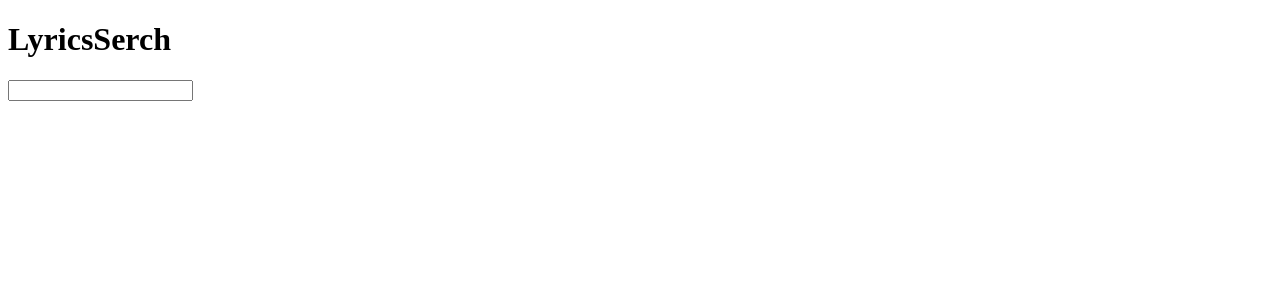
Repository: Pancerzaba/LyricsSearchApp
Page: index.html
These files come from the project's save history. The page is drawn as it stood at one moment and after a run of saves; the edit follows.
The browser window is 1280 px wide. The pictures show the whole page.

Above is the page before, as saved 2020-09-12 14:49:02.

### index.html
<!DOCTYPE html>
<html lang="en">
<head>
    <meta charset="UTF-8">
    <meta name="viewport" content="width=device-width, initial-scale=1.0">
    <title>Lyrics Search</title>
</head>
<body>
    <heder>
        <h1>LyricsSerch</h1>

        <form  id="form">
            <input type="search" name="" id="">
        </form>
    </heder>
    <script src="script.js"></script>
</body>
</html>

Loaded but not shown: script.js (no stored copy; drawn as an empty file)

After the next 5 saves:
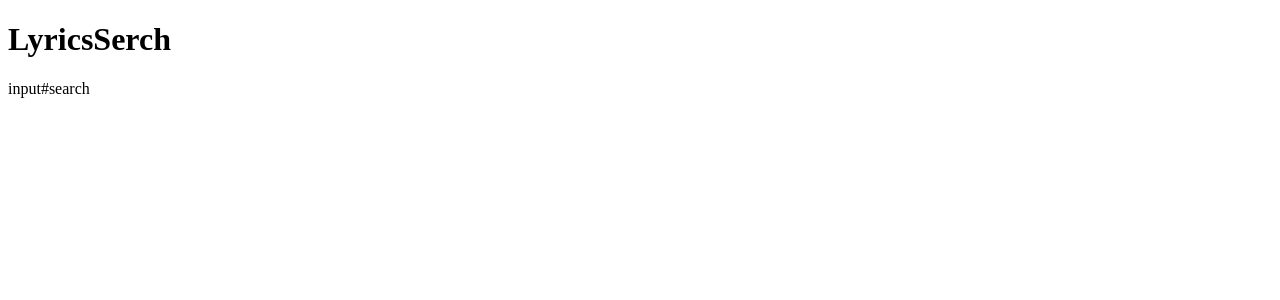
The 5 saves are shown as one change because they came seconds apart.
The last was saved 23 s later.
--- a/index.html
+++ b/index.html
@@ -10,7 +10,8 @@
         <h1>LyricsSerch</h1>
 
         <form  id="form">
-            <input type="search" name="" id="">
+            input#search
+
         </form>
     </heder>
     <script src="script.js"></script>

After the save that followed:
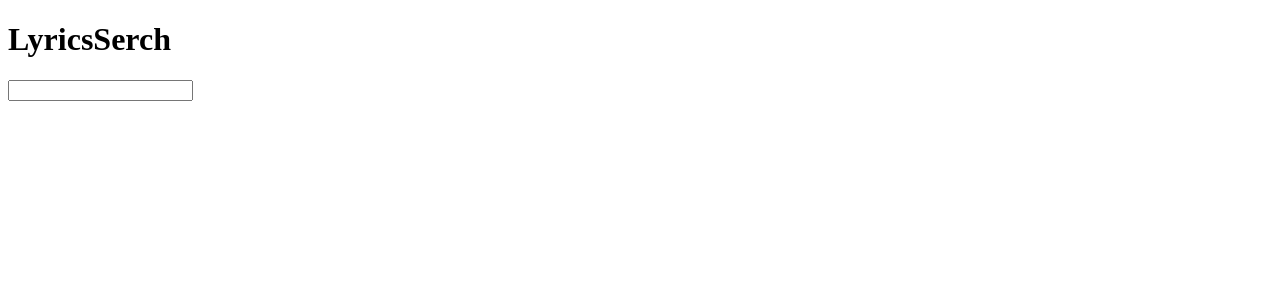
Saved 4 s later.
--- a/index.html
+++ b/index.html
@@ -10,8 +10,7 @@
         <h1>LyricsSerch</h1>
 
         <form  id="form">
-            input#search
-
+            <input type="text" id="search">
         </form>
     </heder>
     <script src="script.js"></script>
